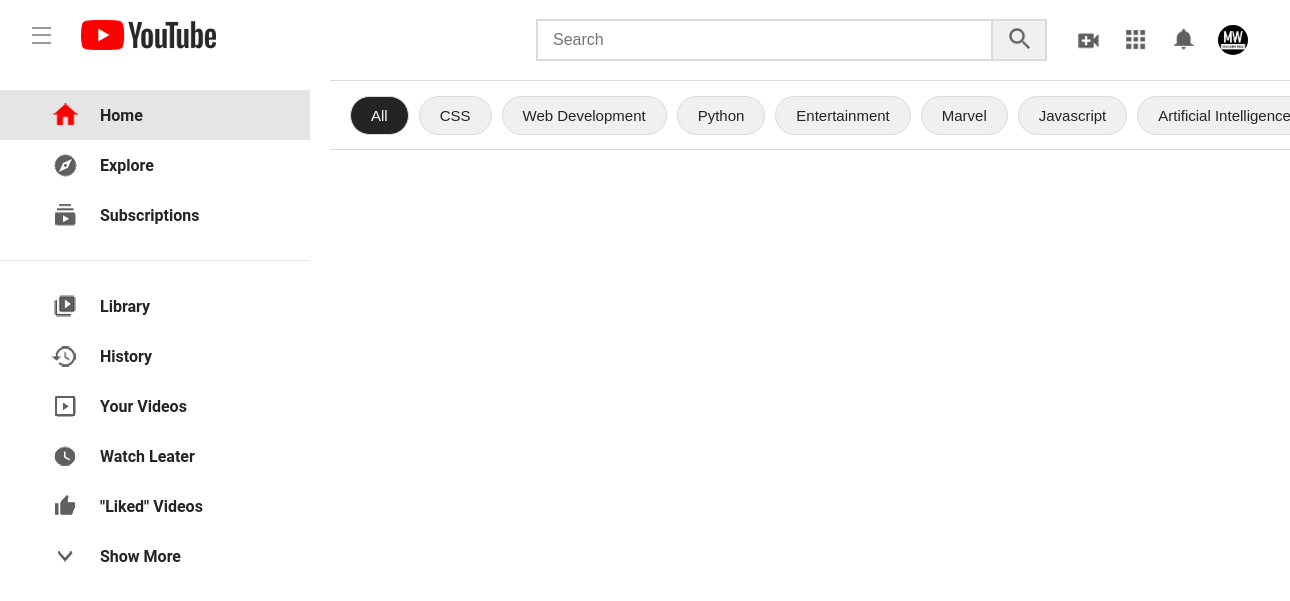
Repository: ds-mbappe/YouTube-Clone-UI
Page: index.html
These files come from the project's save history. The page is drawn as it stood at one moment and after the next save; the edit follows.
The browser window is 1280 px wide. The page is 1290 px wide, so the pictures cover 1290 px, including what lies to the right of the window. The pictures show the whole page.
The page's requests for data from a server got no answer.

Above is the page before, as saved 2021-08-03 00:59:09.

### index.html
<!DOCTYPE html>
<html lang="en">
<head>
    <meta charset="UTF-8">
    <meta http-equiv="X-UA-Compatible" content="IE=edge">
    <meta name="viewport" content="width=device-width, initial-scale=1.0">
    <link rel="stylesheet" href="styles.css"/>
    <title>YouTube</title>
</head>
<body>
    <nav class="navbar">
        <div class="toggle-btn">
            <span></span>
            <span></span>
            <span></span>
        </div>
        <img src="img/logo.PNG" class="logo" alt="">
        <div class="search-box">
            <input type="text" class="search-bar" placeholder="search">
            <button class="search-btn"><img src="img/search.PNG" alt=""></button>
        </div>
        <div class="user-options">
            <img src="img/video.PNG" class="icon" alt="">
            <img src="img/grid.PNG" class="icon" alt="">
            <img src="img/bell.PNG" class="icon" alt="">
            <div class="user-dp">
                <img src="img/profile-pic.png" alt="">
            </div>
        </div>
    </nav>
    <div class="side-bar">
        <a href="#" class="links active"><img src="img/home.PNG" alt="">home</a>
        <a href="#" class="links"><img src="img/explore.PNG" alt="">explore</a>
        <a href="#" class="links"><img src="img/subscription.PNG" alt="">subscriptions</a>
        <hr class="seperator">
        <a href="#" class="links"><img src="img/library.PNG" alt="">library</a>
        <a href="#" class="links"><img src="img/history.PNG" alt="">history</a>
        <a href="#" class="links"><img src="img/your-video.PNG" alt="">your videos</a>
        <a href="#" class="links"><img src="img/watch-later.PNG" alt="">watch leater</a>
        <a href="#" class="links"><img src="img/liked video.PNG" alt="">"liked" videos</a>
        <a href="#" class="links"><img src="img/show more.PNG" alt="">show more</a>
    </div>
    <div class="filters">
        <button class="filter-options active">all</button>
        <button class="filter-options">CSS</button>
        <button class="filter-options">web development</button>
        <button class="filter-options">python</button>
        <button class="filter-options">entertainment</button>
        <button class="filter-options">marvel</button>
        <button class="filter-options">javascript</button>
        <button class="filter-options">artificial intelligence</button>
        <button class="filter-options">machine learning</button>
        <button class="filter-options">trending</button>
    </div>
    <hr class="seperator">
    <div class="video-container">
        <!-- <div class="video">
            <img src="img/profile-pic.png" class="thumbnail" alt="">
            <div class="content">
                <img src="img/profile-pic.png" class="channel-icon" alt="">
                <div class="info">
                    <h4 class="title">youtube clone 2021 | create working youtube clone</h4>
                    <p class="channel-name">modern web</p>
                </div>
            </div>
        </div> -->
    </div>

    <script src="app.js"></script>

</body>
</html>

### styles.css
* {
  margin: 0;
  padding: 0;
  box-sizing: border-box;
}

*:focus {
  outline: none;
}

body {
  position: relative;
  font-family: "roboto", sans-serif;
}

.navbar {
  position: fixed;
  top: 10px;
  left: 0;
  width: 100%;
  height: 60px;
  background: #fff;
  display: flex;
  align-items: center;
  padding: 0 2.5vw;
}

.toggle-btn {
  margin-bottom: 10px;
  width: 20px;
  height: 15px;
  position: relative;
  cursor: pointer;
}

.toggle-btn span {
  position: absolute;
  width: 100%;
  height: 2px;
  top: 50%;
  transform: translateY(-50%);
  background: #979797;
}

.toggle-btn span:nth-child(1) {
  top: 0;
}

.toggle-btn span:nth-child(3) {
  top: 100%;
}

.logo {
  height: 30px;
  margin: -10px 30px 0;
}

.search-box {
  position: relative;
  margin-left: 290px;
  width: 46%;
  height: 42px;
  display: flex;
}

.search-bar {
  width: 85%;
  height: 100%;
  border: 2px solid #dbdbdb;
  padding: 0 15px;
  font-size: 16px;
  text-transform: capitalize;
}

.search-btn {
  width: 10%;
  height: 100%;
  background: #f0f0f0;
  border: 2px solid #dbdbdb;
  padding: 5px 0;
  border-left: none;
}

.search-btn img {
  height: 75%;
}

.user-options {
  height: 35px;
  display: flex;
  margin-left: auto;
  align-items: center;
}

.user-options .icon {
  height: 80%;
  margin-right: 20px;
  cursor: pointer;
}

.user-dp {
  cursor: pointer;
  height: 30px;
  width: 30px;
  border-radius: 50%;
  overflow: hidden;
}

.user-dp img {
  width: 100%;
  height: 100%;
  object-fit: cover;
}

.side-bar {
  position: fixed;
  top: 90px;
  left: 0;
  min-width: 320px;
  width: 250px;
  font-weight: bold;
  height: calc(100vh - 60px);
  background: #fff;
  padding-right: 10px;
}

.links {
  display: block;
  width: 100%;
  padding: 10px 20px;
  display: flex;
  align-items: center;
  text-transform: capitalize;
  color: #242424;
  font-size: 16px bold;
  text-decoration: none;
}

.links img {
  height: 30px;
  margin-left: 30px;
  margin-right: 20px;
}

.links:hover,
.links.active {
  background: rgba(0, 0, 0, 0.1);
}

.seperator {
  border: none;
  border-bottom: 1px solid rgba(0, 0, 0, 0.1);
  margin: 20px 0;
}

.filters {
  position: fixed;
  left: 330px;
  top: 80px;
  width: calc(100% - 250px);
  height: 70px;
  background: #fff;
  border-top: 1px solid #dbdbdb;
  border-bottom: 1px solid #dbdbdb;
  padding: 0 20px;
  display: flex;
  align-items: center;
  overflow-x: auto;
  overflow-y: hidden;
}

.filters::-webkit-scrollbar {
  display: none;
}

.filter-options {
  flex: 0 0 auto;
  padding: 10px 20px;
  border-radius: 50px;
  background: #f0f0f0;
  border: 1px solid #dbdbdb;
  text-transform: capitalize;
  margin-right: 10px;
  color: #242424;
  font-size: 15px;
  cursor: pointer;
}

.filter-options.active {
  color: #fff;
  background: #242424;
}

.video-container {
  width: calc(100% - 320px);
  margin-top: 135px;
  margin-left: 330px;
  padding: 20px;
  display: grid;
  grid-template-columns: repeat(4, 24%);
  grid-gap: 25px 20px;
  overflow-x: hidden;
}

.video {
  min-height: 250px;
  height: auto;
  cursor: pointer;
}

.thumbnail {
  width: 100%;
  height: 230px;
  object-fit: cover;
}

.content {
  width: 100%;
  height: 100px;
  margin-top: 10px;
  display: flex;
}

.channel-icon {
  width: 50px;
  height: 50px;
  border-radius: 50%;
  object-fit: cover;
  margin-right: 10px;
}

.title {
  width: 100%;
  font-size: 18px;
  overflow: hidden;
}

.channel-name {
  font-size: 18px;
  margin: 2px 0;
  margin-top: 5px;
  color: #979797;
}

### app.js
let api_key = "AIzaSyDHsb2XFQC_A5c3sgJTcE1WiZPR0dXluDA";
let video_http = "https://www.googleapis.com/youtube/v3/videos?";
let channel_http = "https://www.googleapis.com/youtube/v3/channels?";

fetch(video_http + new URLSearchParams({
    key: api_key,
    part: 'snippet',
    chart: 'mostPopular',
    maxResults: 50,
    regionCode: 'FR'
})).then(res => res.json()).then(data => {
    data.items.forEach(item => {
        getChannelIcon(item);
    })
}).catch(err => console.log(err));

const getChannelIcon = (video_data) => {
    fetch(channel_http + new URLSearchParams({
        key: api_key,
        part: 'snippet',
        id: video_data.snippet.channelId
    }))
    .then(res => res.json())
    .then(data => {
        video_data.channelThumbnail = data.items[0].snippet.thumbnails.default.url;
        makeVideoCard(video_data);
    })
}

const videoCardContainer = document.querySelector('.video-container');

const makeVideoCard = (data) => {
    videoCardContainer.innerHTML += `
    <div class="video" onclick="location.href = 'https://youtube.com/watch?v=${data.id}'">
        <img src="${data.snippet.thumbnails.high.url}" class="thumbnail" alt="">
        <div class="content">
            <img src="${data.channelThumbnail}" class="channel-icon" alt="">
            <div class="info">
                <h4 class="title">${data.snippet.title}</h4>
                <p class="channel-name">${data.snippet.channelTitle}</p>
            </div>
        </div>
    </div>
    `;
}

const searchInput = document.querySelector('.search-bar');
const searchBtn = document.querySelector('.search-btn');
let searchLink = "https://www.youtube.com/results?search_query=";

searchBtn.addEventListener('click', () => {
    if(searchInput.value.length){
        location.href = searchLink + searchInput.value;
    }
})

After the next save:
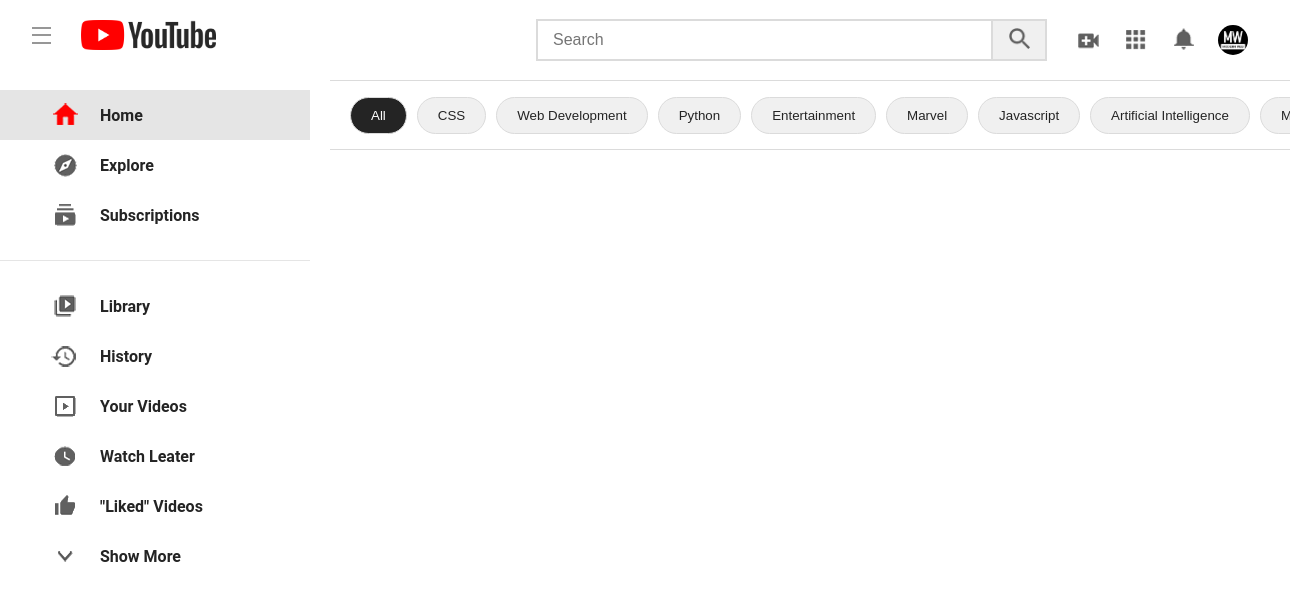
Saved 2 min 11 s later.
--- a/styles.css
+++ b/styles.css
@@ -182,7 +182,7 @@
   text-transform: capitalize;
   margin-right: 10px;
   color: #242424;
-  font-size: 15px;
+  font-size: 15px bold;
   cursor: pointer;
 }
 
